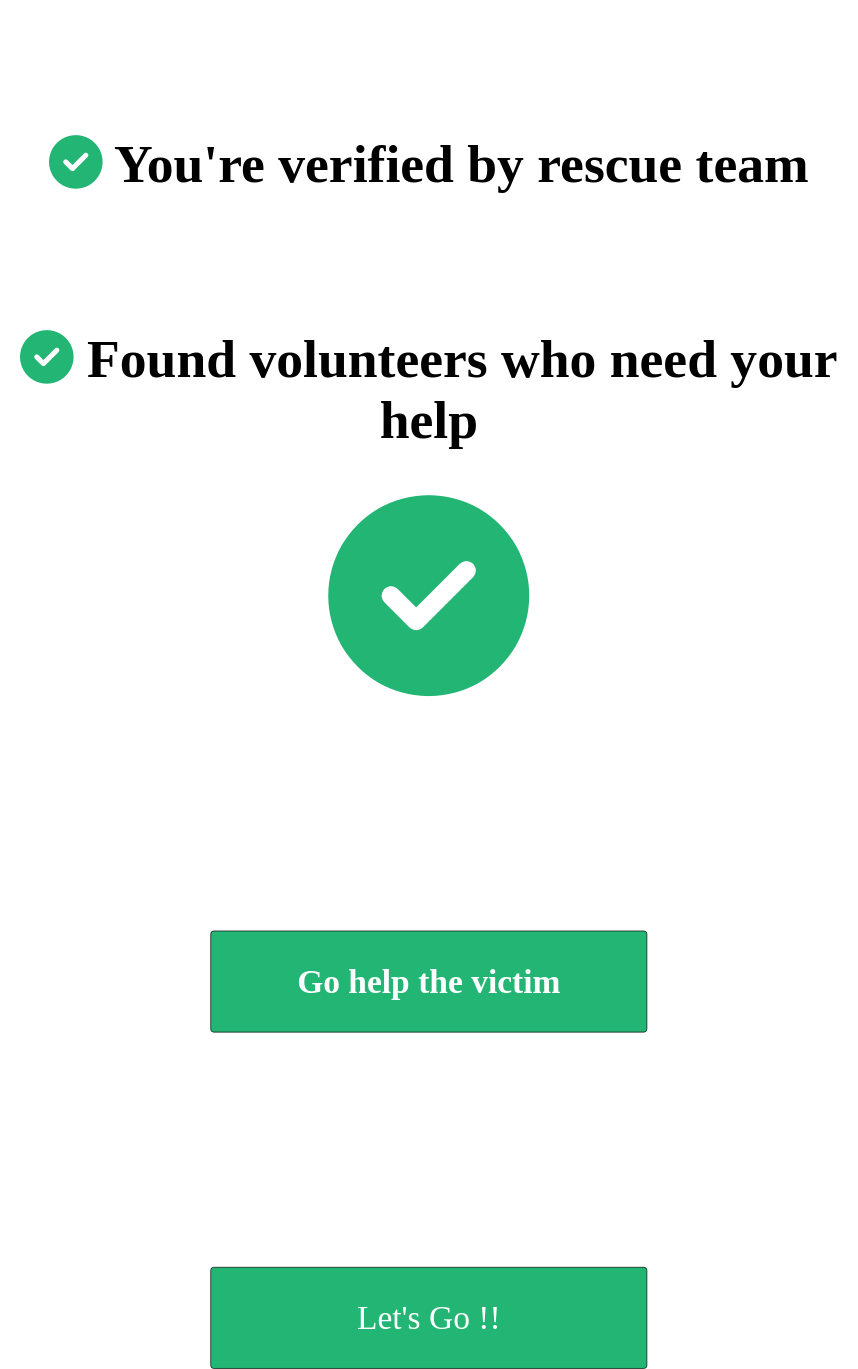
Repository: KittichoteKamalapirat/EMS-management-system
Page: approve.html
The author's editor kept a record of every edit. The page is drawn from the files as they stood at one moment, then again after the next edit.
The browser window is 1280 px wide. The pictures show the whole page, at 67% of full size.
Some web libraries are served in a nearby version.

Above is the page before.

### approve.html
<!DOCTYPE>
<html>
<head>
   <meta charset = "utf-8">
   <link rel = "stylesheet" href="/css/index.css" type="text/css" />
   <script src="https://use.fontawesome.com/804afe4c6e.js"></script>
</head>
<body>
    <div class = "finished">
        <h2 class = "can"><i class="fa fa-check-circle fa " ></i> You're verified by rescue team</h2>
        <h2 class = "can1"><i class="fa fa-check-circle fa " ></i> Found volunteers who need your help</h2>
        <div class = "thanks">
            <i class="fa fa-check-circle fa-3x " ></i>
        </div>
        <h3 class="go" href="/map">Go help the victim </h3>
    </div>

    <a class = "go" href="/map">Let's Go !!</a>
</body>
</html>

### public/css/index.css
body {
  background:white;
}

  /* Always set the map height explicitly to define the size of the div
       * element that contains the map. */
      #map {
        height: 100%;
      }
      /* Optional: Makes the sample page fill the window. */
      html, body {
        height: 100%;
        margin: 0;
        padding: 0;
      }


/*modal box*/

.head-tag{
  margin-top: 40px;
}
.bg-modal {
  width:100%;
  height: 100%;
  background-color: rgba(0, 0, 0, 0.8);
  position: absolute;
  top: 0;
  display: none;
  justify-content: center;
  align-items: center; }


.bg-modal .close {
  position: absolute;
  font-size: 3rem;
　right: 1rem;
  top: 0, 5rem;
  transform: rotate(45deg);
  cursor: pointer; }


.box{
  display: grid¥;
  justify-content: center;
  margin: 0 auto;
  padding: 5rem;
  width: 50%;
  background-color: white;
  position: relative;
 }

 /*html1について*/
.header {
  height: 100px;
  width:100%;

}
.splet-boxes {
  margin-top: 40px;
}

.left-box {
  margin-left:5%;
  font-size: 80px;
  float: left;
  width:40%;
  text-align: center;
  cursor: pointer;
  line-height: 300px;
  border-radius: 4px;
  border: 2px solid black;
}
p {
  font-weight: bold;

}

.right-box {
  margin-right:5%;
  font-size: 80px;
  float: right;
  width:40%;
  text-align: center;
  line-height: 300px;
  cursor: pointer;
  border-radius: 4px;
  border: 2px solid black;
}
.left-box:hover {
  background: #FF0000;
  opacity: 0.7;

}
.right-box:hover {
  background: #66FF99;
  opacity: 0.7;
}


/*html２について*/
.select-skill {
  font-size: 100px;
  text-align: center;
  font-weight: bold;
  margin-top: 100px;
}
li > input {
  position:relative;
   width: 50px;
   height:50px;
  float: left;
  margin: 50px 40px 0 20px;
  transform:scale(1.5);
}

.scrollWrap {
  width: 100%;
  margin: 0px auto;
  overflow: auto;
}
.scrollContent ul {
  margin-top: 50px;
  list-style: none;
  background: white;
  padding: 0;
  position: relative;
}
.scrollContent ul li {
  margin-bottom: 30px;
  font-size: 30px;
  height: 150px;
  line-height: 150px;
  border:1px solid black;
  border-left: solid 6px #2d8fdd;
  position: relative;
}
.selected {
  background: rgb(34,181,115,0.7);
}
/*スクロールバーの幅*/
::-webkit-scrollbar {
    width: 6px;
}
/*スクロールバーのレール*/
::-webkit-scrollbar-track {
  border-radius: 30px;
  background: #eee;
}
/*スクロールバーのつまみ*/
::-webkit-scrollbar-thumb {
  border-radius: 30px;
  background: #81D4FA;
}

a {
  text-decoration: none;
}

#decide {
  margin:100px auto 100px;
  font-size: 60px;
  width: 600px;
  padding: 20px 60px 30px 60px;
  text-align: center;
  display: block;
  color: white;
  background: rgb(34,181,115);
　font-size: 70px;
　border-radius: 20px;
　text-align: center;
　line-height: 100px;
}


/*html3について*/


h1 {
  text-align: center;
  font-size: 100px;
}


h2 {
  text-align: center;
  font-size: 80px;
}


h3 {
  text-align: center;
  font-size: 50px;
}


.loading {
  margin-top: 300px;
}

.icon {
  margin: 0 auto;
  width: 100%;
  text-align: center;
  font-size: 100px;
  transition: .4s;
}
.wait {
  margin-top: 200px;
}
.thanks {
  margin: 0 auto;
  width: 100%;
  text-align: center;
  font-size: 100px;
}

.container{
    margin: 0 auto;
    text-align:center;
}
.can {
  margin-top: 200px;
}
.can1 {
  margin-top: 200px;
}

#loading{
    margin: 0 auto;
    display: block;
    width: 400px;
}
.fa-check-circle:before {
  color: rgb(34,181,115);
}

.go {
  margin:350px auto 100px;
  text-decoration: none;
  text-align: center;
  font-size: 50px;
  border:1px solid black;
  border-radius: 5px;
  display: block;
  color:white;
  background: rgb(34,181,115);
  width:650px;
  height: 150px;
  line-height: 150px;
}


/*direction button for map page*/

#map{
  position: fixed;
  z-index:0;
}
.direction-button{
  font-size: 20px;
  position: relative;
  color: white;
  bottom: 60px;
  left: 20px;
  z-index:10;
  padding: 10px 20px;
  border-radius: 5px;
  background-color: rgb(0,113,188);
  box-shadow: 5px 5px 5px rgba(0, 0, 0, .5);
}

.people{
  height: 300px;
  margin-bottom: 100px;
}

After the next edit:
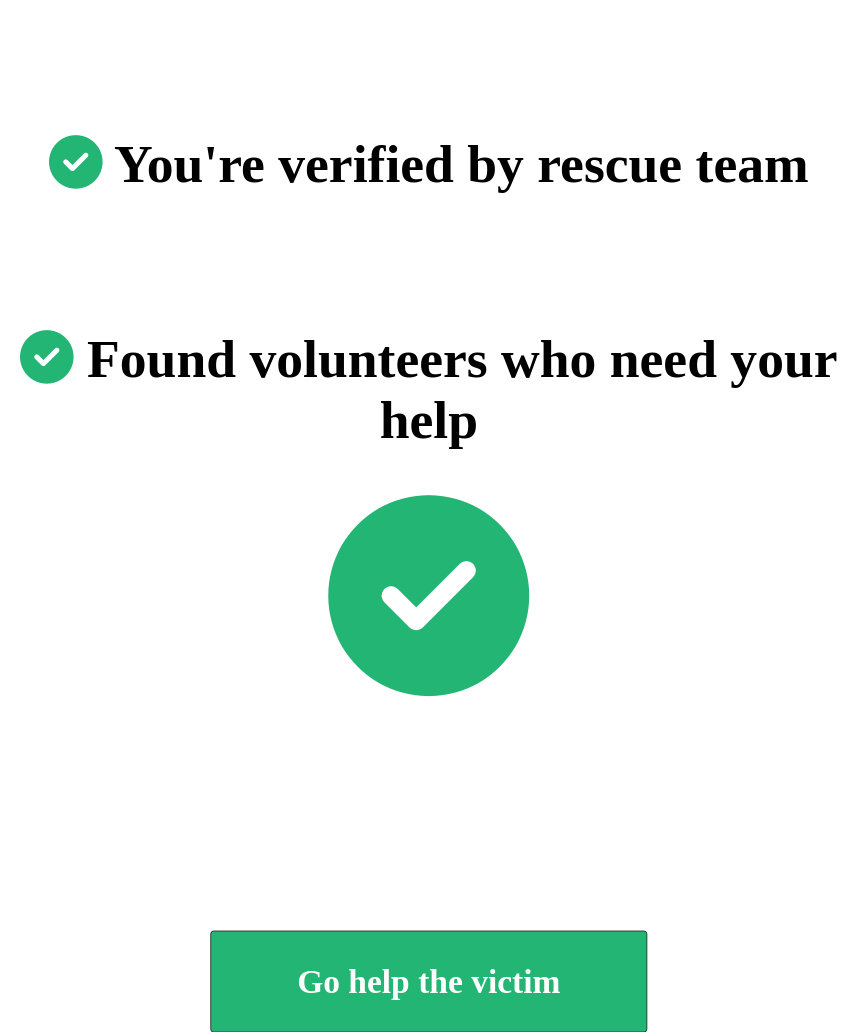
The edit:
--- a/approve.html
+++ b/approve.html
@@ -15,6 +15,5 @@
         <h3 class="go" href="/map">Go help the victim </h3>
     </div>
 
-    <a class = "go" href="/map">Let's Go !!</a>
 </body>
 </html>
